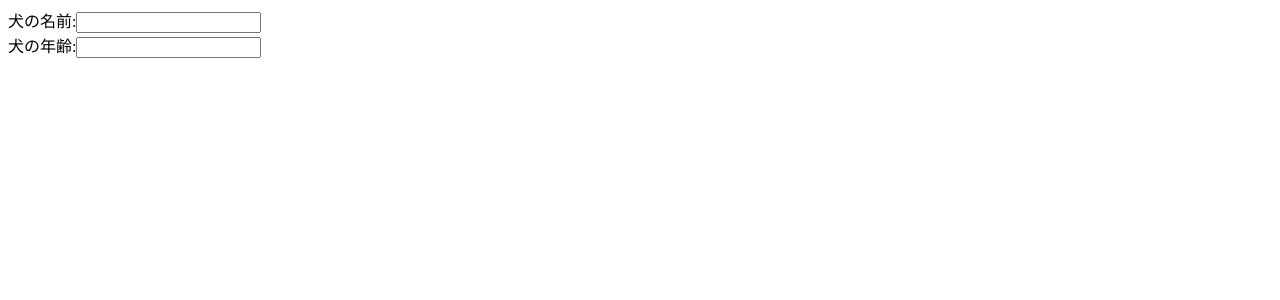
Repository: shotasuzuki01/shotaextest
Page: http://localhost/dogAge/
The author's editor kept a copy of each file at every save. The page is drawn from the files as they stood at one save, then again after the next save.
The browser window is 1280 px wide. The pictures show the whole page.
The page is served by Tomcat 9. Other server files are loaded and not shown.

Above is the page before, as saved 2022-05-25 03:01:26.

### dogAge/WebContent/index.jsp
<%@ page language="java" contentType="text/html; charset=UTF-8"
    pageEncoding="UTF-8"%>
<!DOCTYPE html>
<html>
<head>
<meta charset="UTF-8">
<title>dogAge</title>
</head>
<body>
<form action="/index/Result"method="post">
犬の名前:<input type="text"name="name"><br>
犬の年齢:<input type="text"name="age"><br>
</form>
</body>
</html>

After the next save:
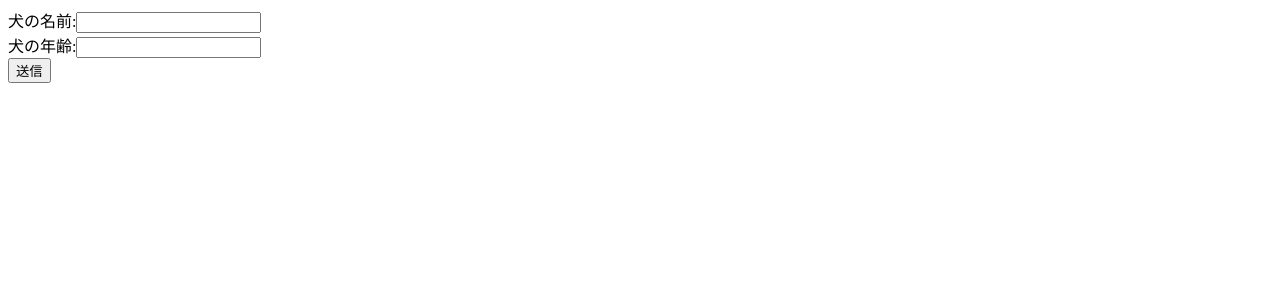
Saved 2 min 51 s later.
--- a/dogAge/WebContent/index.jsp
+++ b/dogAge/WebContent/index.jsp
@@ -10,6 +10,7 @@
 <form action="/index/Result"method="post">
 犬の名前:<input type="text"name="name"><br>
 犬の年齢:<input type="text"name="age"><br>
+<div><input type="submit" value="送信"></div>
 </form>
 </body>
 </html>
